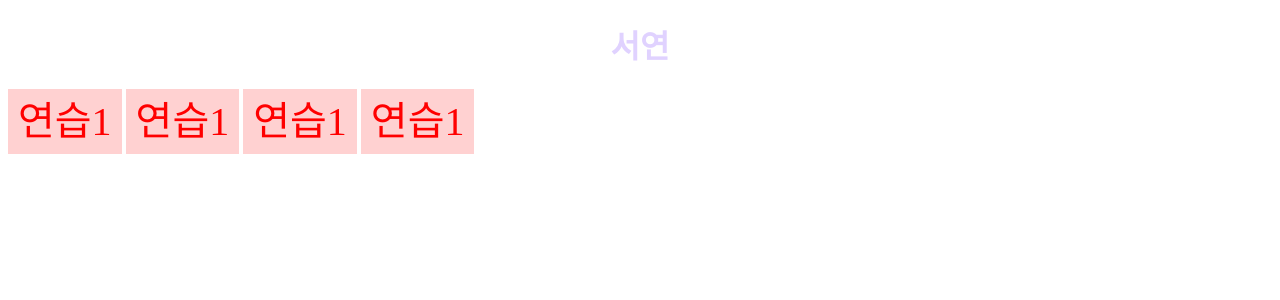
Repository: seoyeon0619/WebProgramming
Page: http://localhost/myhome1/index.jsp
These files come from the project's save history. The page is drawn as it stood at one moment and after the next save; the edit follows.
The browser window is 1280 px wide. The pictures show the whole page.
The page is served by Tomcat 9.

Above is the page before, as saved 2022-12-29 06:27:52.

After the next save:
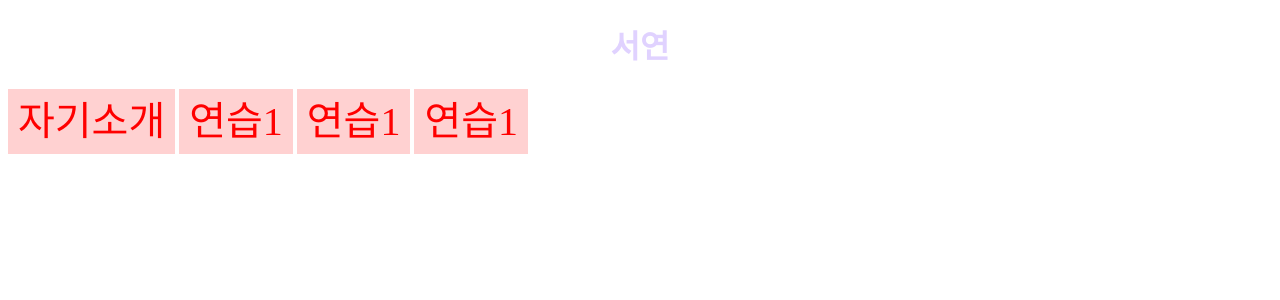
Saved 20 s later.
--- a/workspace1/myhome1/src/main/webapp/index.jsp
+++ b/workspace1/myhome1/src/main/webapp/index.jsp
@@ -39,7 +39,7 @@
 
 %>
 <h1><%=hello%></h1>
-<a href="<%=request.getContextPath()%>/연습1.jsp">연습1</a>
+<a href="<%=request.getContextPath()%>/자기소개.jsp">자기소개</a>
 <a href="<%=request.getContextPath()%>/연습1.jsp">연습1</a>
 <a href="<%=request.getContextPath()%>/연습1.jsp">연습1</a>
 <a href="<%=request.getContextPath()%>/연습1.jsp">연습1</a>
